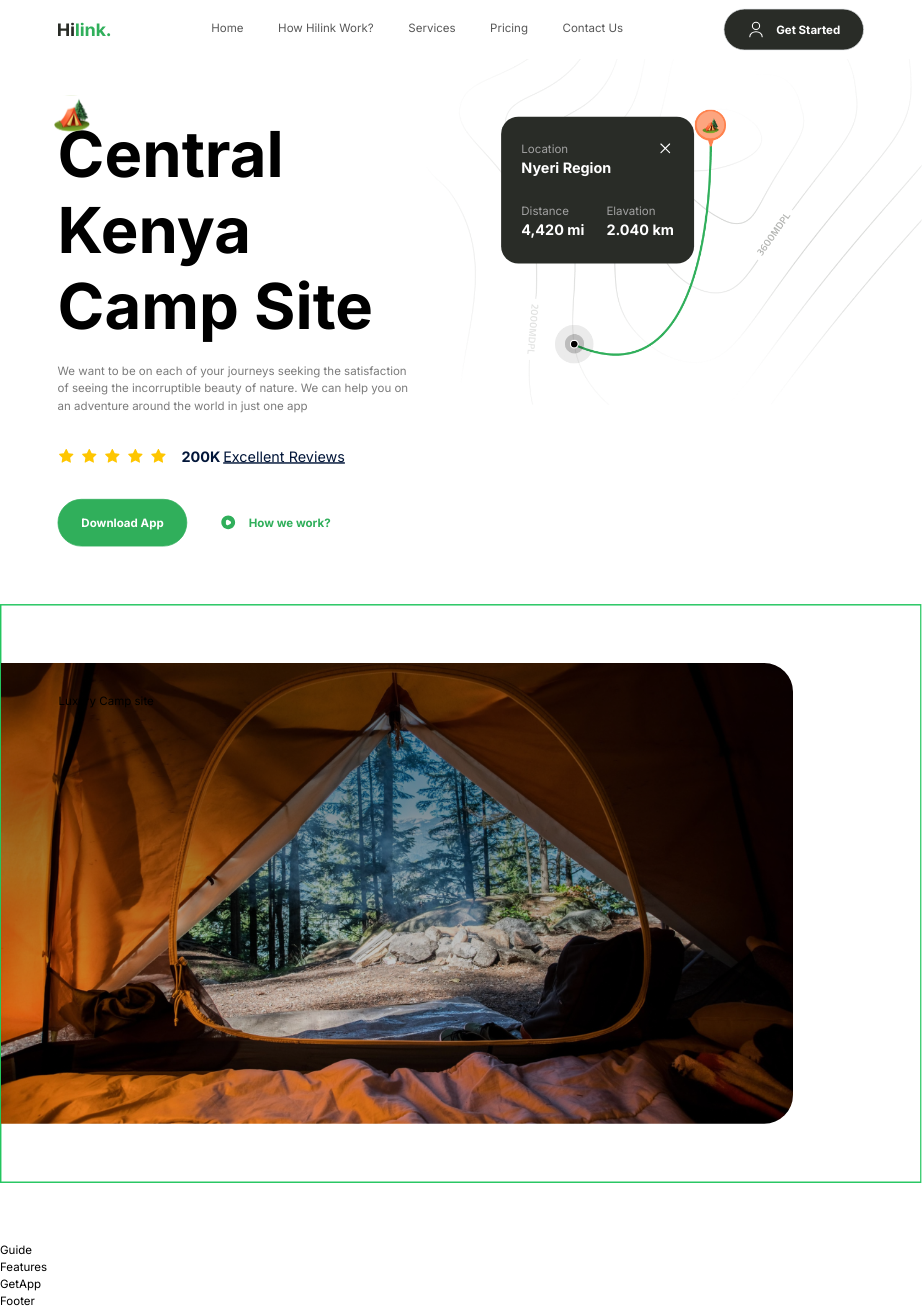
Repository: martin-raphael/travel_agency
Page: /
These files come from the project's save history. The page is drawn as it stood at one moment and after the next save; the edit follows.
The browser window is 1280 px wide. The pictures show the whole page, at 72% of full size.
The project was rebuilt for these pictures with package versions that can differ from the ones it lists, and the page was loaded fresh each time. The framework's server and built-in components were replaced by stand-ins that run in the browser. Also part of the build but not shown: next.config.mjs.

Above is the page before, as saved 2024-08-08 19:29:52.

After the next save:
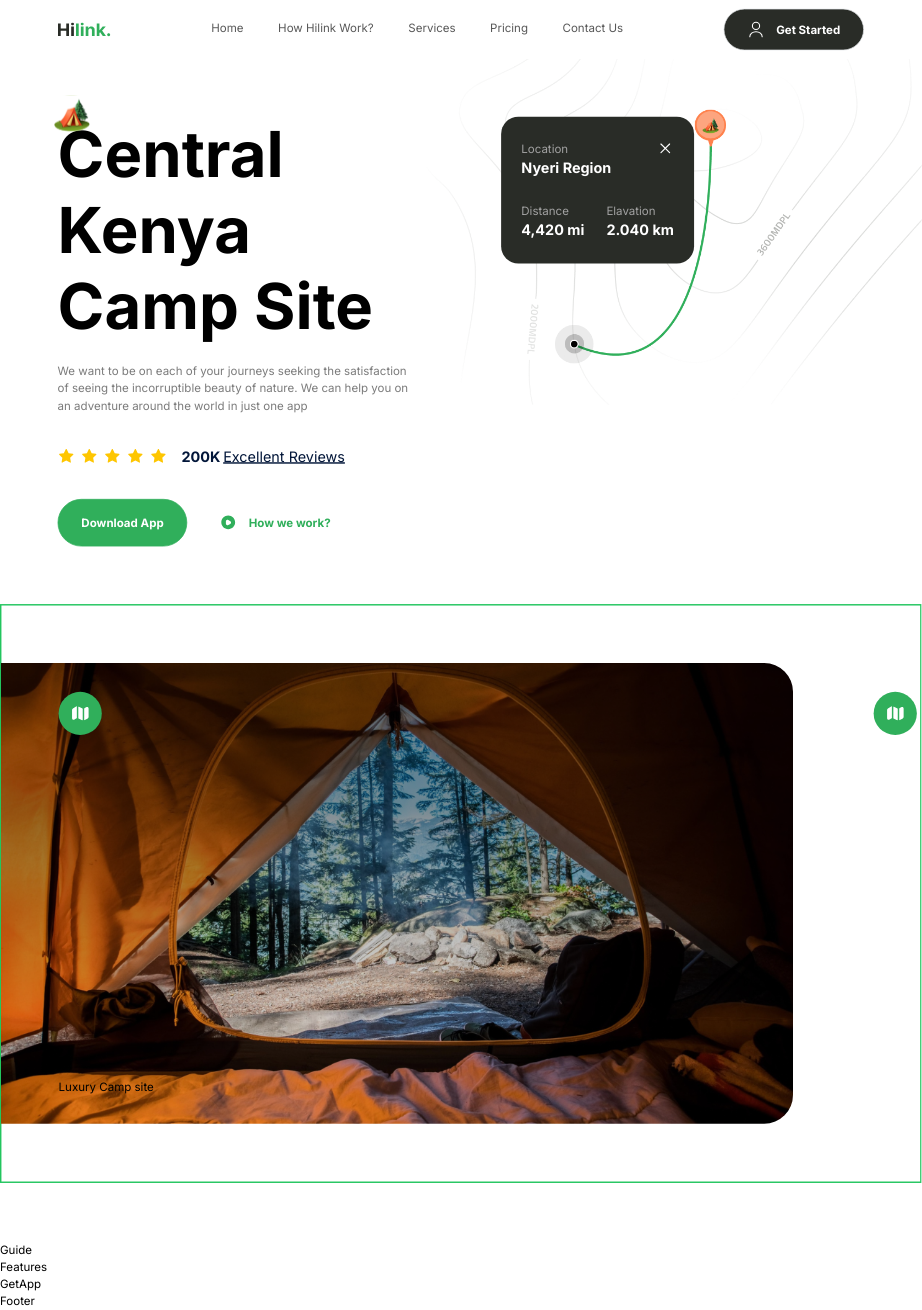
Saved 3 min 53 s later.
--- a/components/Camp.tsx
+++ b/components/Camp.tsx
@@ -1,3 +1,4 @@
+import Image from 'next/image'
 import React from 'react'
 interface CampProps{
   backgroundImage: string,
@@ -10,6 +11,11 @@ const CampSite = ({backgroundImage, title,subtitle,peopleJoined}: CampProps) =>{
   return <div className={`h-full w-full min-w-[1100px] ${backgroundImage}
   bg-cover bg-no-repeat lg:rounded-r-5xl 2xl:rounded-5xl`}>
     <div className='flex h-full flex-col items-start justify-between p-6 lg:px-20 lg:py-10' >
+      <div className='flexCenter gap-4'>
+        <div className='rounded-full bg-green-50 p-4'>
+          <Image src="/folded-map.svg" alt='map' width={28} height={28}/>
+        </div>
+      </div>
       {title}
       </div>
     </div>
